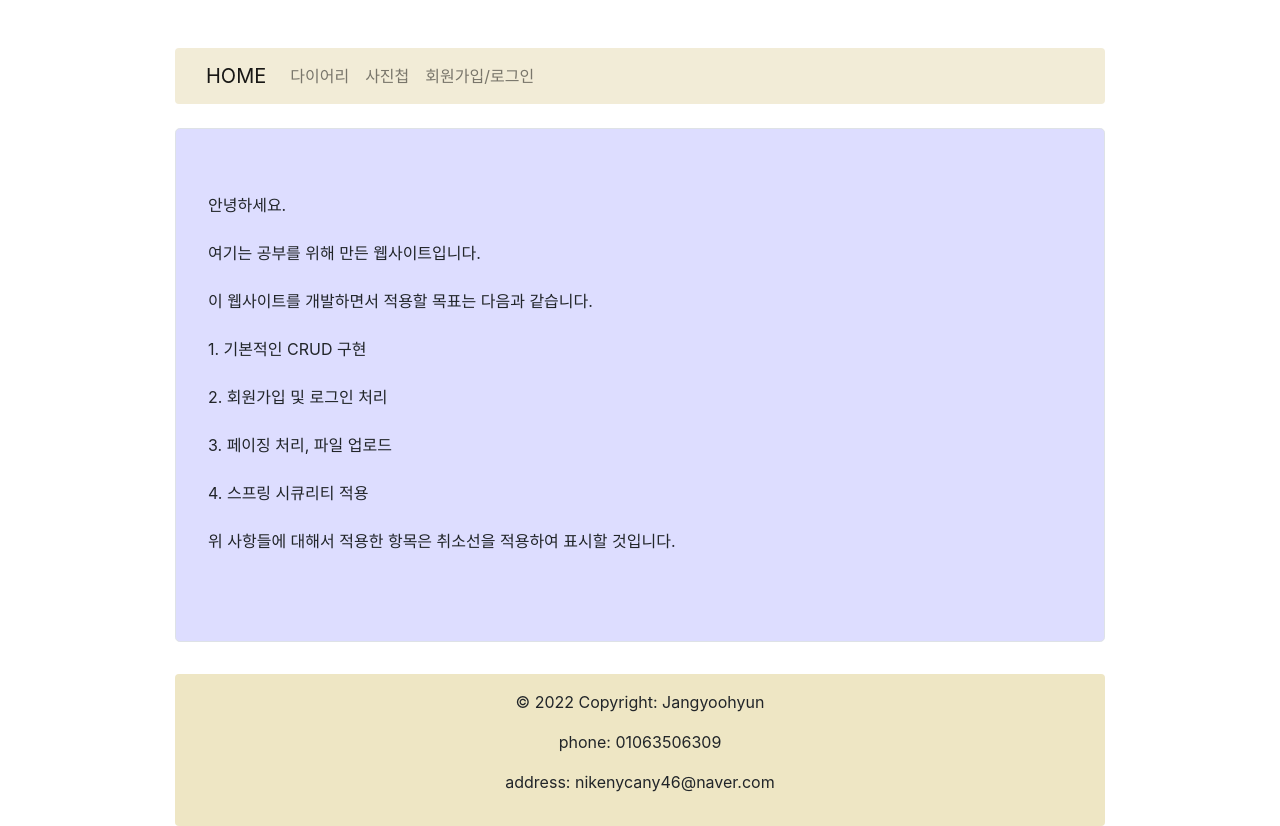
Repository: jangyoohyun/toyProject
Page: http://localhost/toyproject/WEB-INF/views/index.jsp
These files come from the project's save history. The page is drawn as it stood at one moment and after the next save; the edit follows.
The browser window is 1280 px wide. The pictures show the whole page.
The page is served by Tomcat 9. Nobody is signed in. The template is opened directly, without the code that normally fills it, so the values that code supplies are empty.

Above is the page before, as saved 2022-02-26 11:01:11.

After the next save:
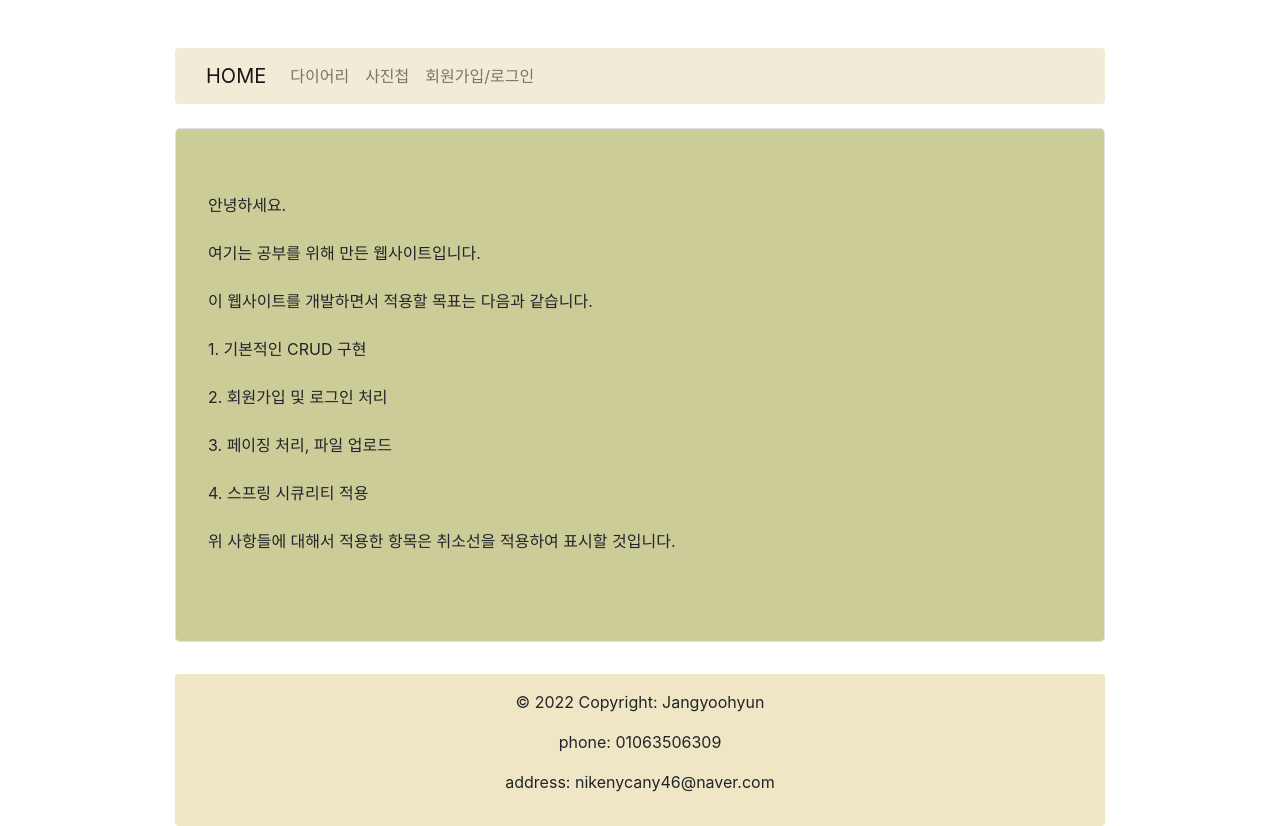
Saved 6 s later.
--- a/Study/toyproject/src/main/webapp/WEB-INF/views/index.jsp
+++ b/Study/toyproject/src/main/webapp/WEB-INF/views/index.jsp
@@ -3,7 +3,7 @@
 
 <%@ include file="/WEB-INF/views/layout/header.jsp" %>
 
-		<div class="jumbotron mt-4 border" style="background-color: #DDDDFF">
+		<div class="jumbotron mt-4 border" style="background-color: #CCCC99">
 		안녕하세요.<br><br>
 		<c:if test="${principal.username != null}">
 			${principal.username}님 환영합니다.<br><br>
